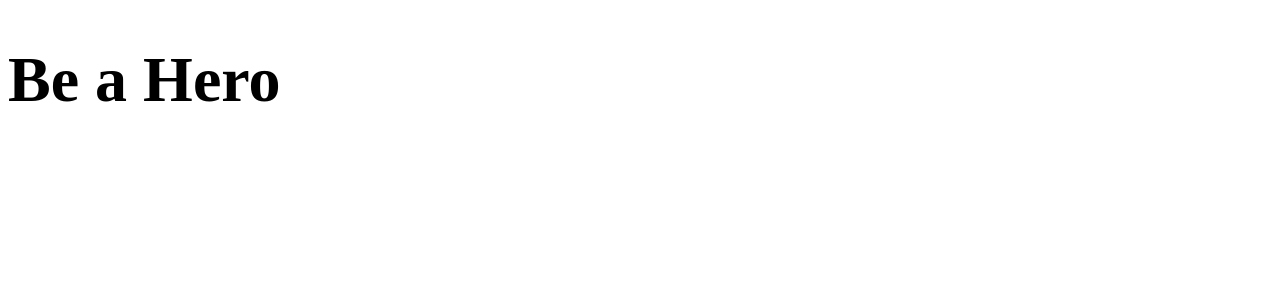
Repository: s7Thiago/semana-omnistack-11.0
Page: /register (app in front-end/)
The author's editor kept a copy of each file at every save. The page is drawn from the files as they stood at one save, then again after the next save.
The browser window is 1280 px wide. The pictures show the whole page.
The project was rebuilt for these pictures with package versions that can differ from the ones it lists, and the page was loaded fresh each time.

Above is the page before, as saved 2020-03-26 18:01:15.

### front-end/src/App.js
import React from 'react';
import Header from './Header';

function App() {
  return (
    <Header>Be a Hero</Header>
  );
}

export default App;

### front-end/src/Header.js
import React from 'react';

export default function Header(props) {
    return (
        <header>
            <h1>
                <h1>{props.children}</h1>
                <h1>{props.title}</h1>
            </h1>
        </header>
    )
}

Loaded but not shown: front-end/src/index.js (common file)

After the next save:
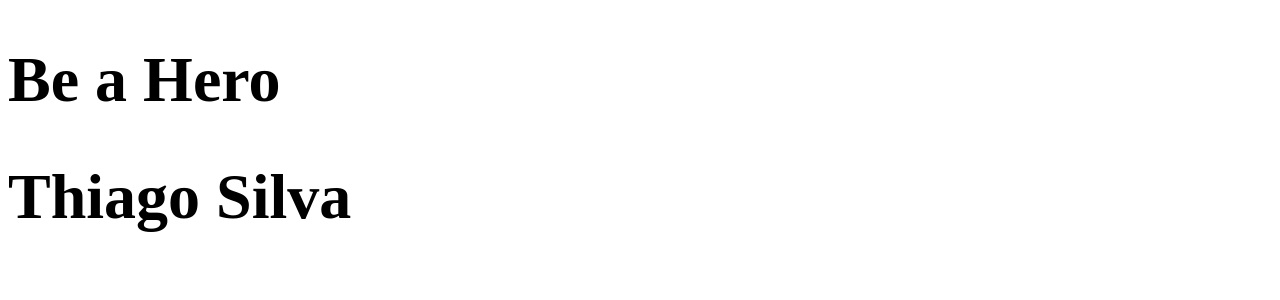
Saved 16 s later.
--- a/front-end/src/App.js
+++ b/front-end/src/App.js
@@ -3,7 +3,7 @@ import Header from './Header';
 
 function App() {
   return (
-    <Header>Be a Hero</Header>
+    <Header title='Thiago Silva'>Be a Hero</Header>
   );
 }
 
